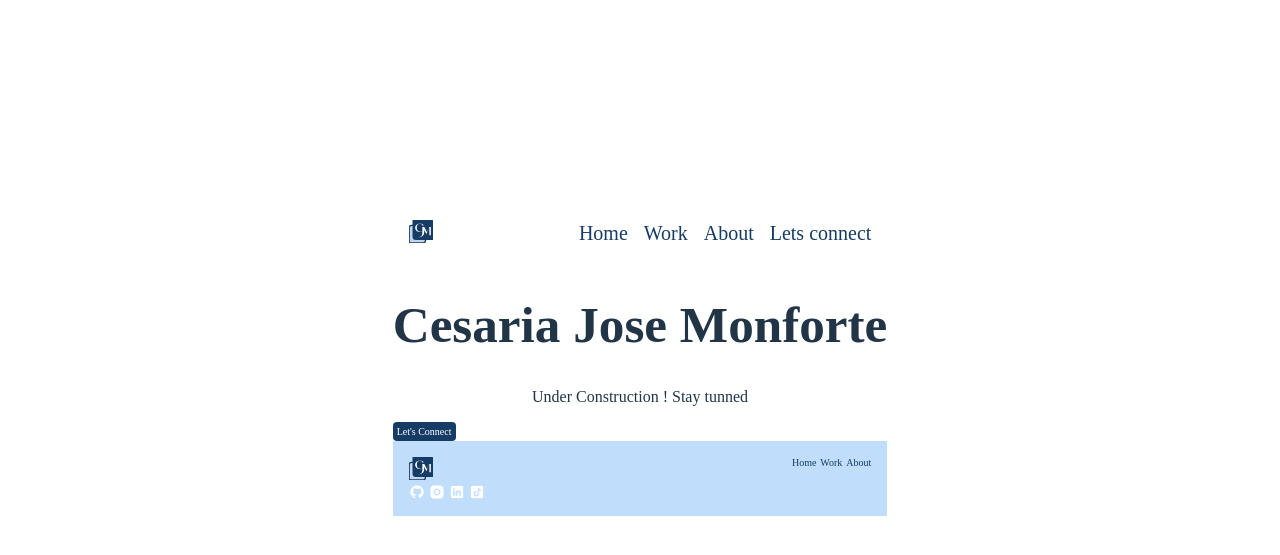
Repository: CesariaMonforte/cesariamonforte
Page: /
These files come from the project's save history. The page is drawn as it stood at one moment and after the next save; the edit follows.
The browser window is 1280 px wide. The pictures show the whole page.
The project was rebuilt for these pictures with package versions that can differ from the ones it lists, and the page was loaded fresh each time. Also part of the build but not shown: vite.config.js.

Above is the page before, as saved 2026-01-25 13:28:10.

After the next save:
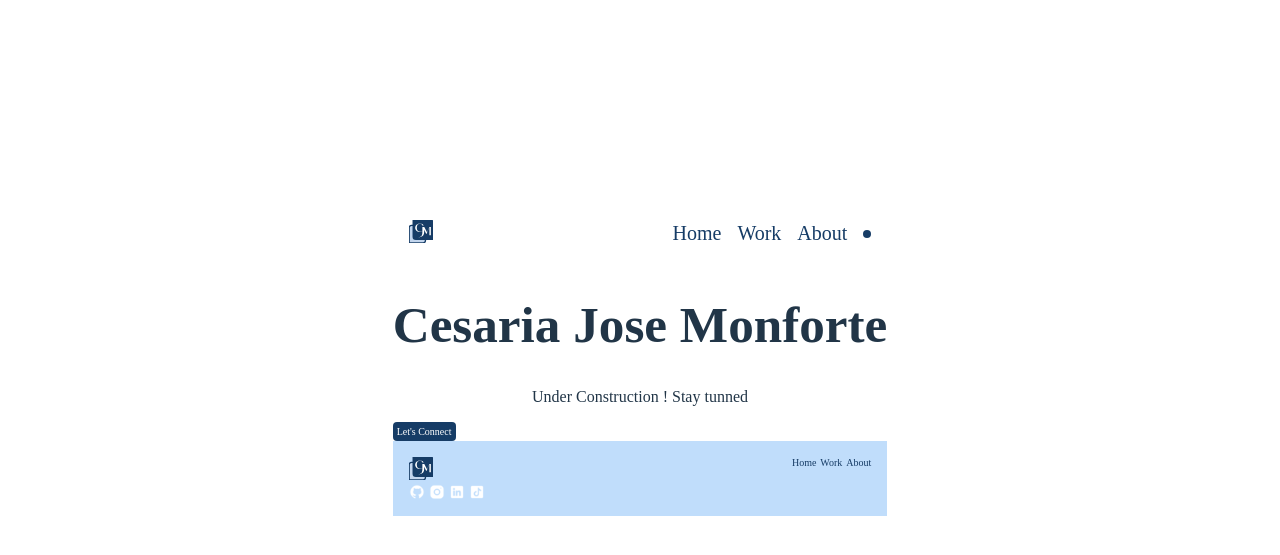
Saved 8 s later.
--- a/src/_ui/NavBar/NavBar.jsx
+++ b/src/_ui/NavBar/NavBar.jsx
@@ -17,7 +17,7 @@ function NavBar({}) {
                 <a href='/'>Home</a>
                 <a href='/'>Work</a>
                 <a href='/'>About</a>
-                <div>Lets connect</div>
+                <RegButton />
             </div>
         </div>
     );
